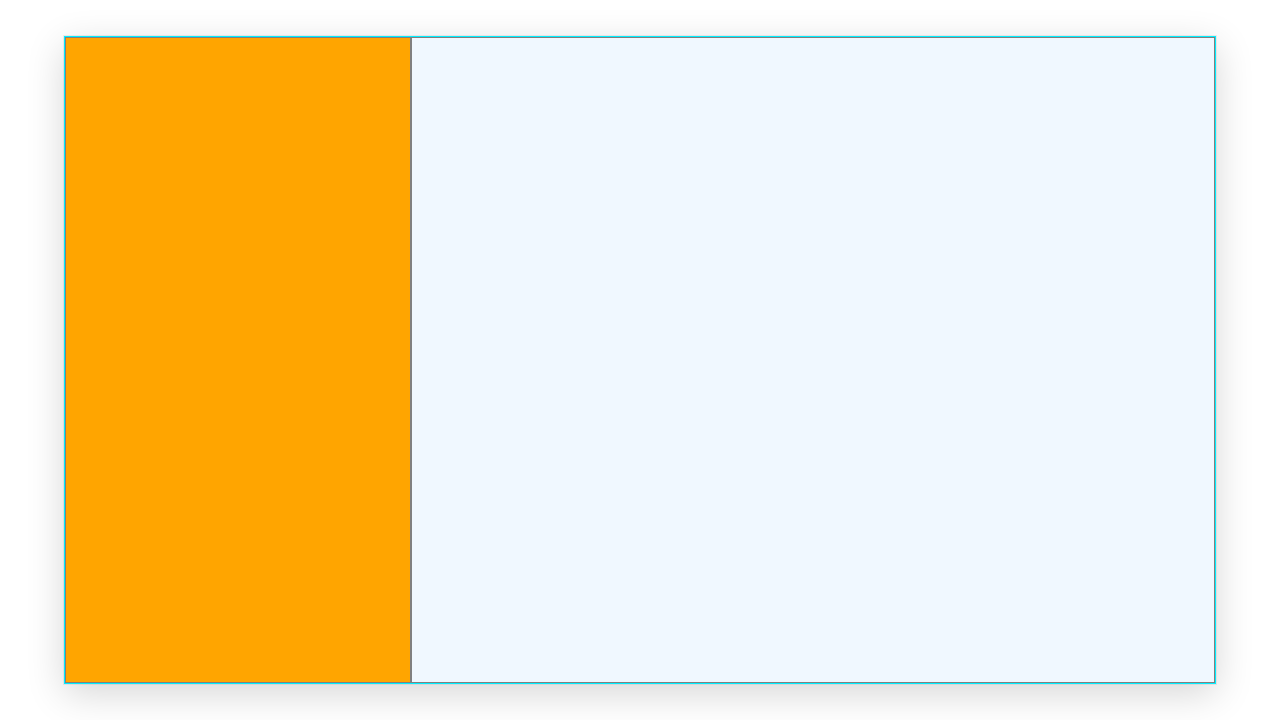
Repository: swastikjhacoder/mern-chat-frontend-only
Page: /
The author's editor kept a copy of each file at every save. The page is drawn from the files as they stood at one save, then again after the next save.
The browser window is 1280 px wide. The pictures show the whole page.
The project was rebuilt for these pictures with package versions that can differ from the ones it lists, and the page was loaded fresh each time. Also part of the build but not shown: src/components/loginSignup/Login.jsx. Imported but missing from the stored project, and not drawn on this page: src/components/loginSignup/SignUp.

Above is the page before, as saved 2023-09-21 17:11:18.

### src/index.js
import React from "react";
import ReactDOM from "react-dom/client";
import "./index.css";
import App from "./App";
import { BrowserRouter } from "react-router-dom";
import { Provider } from "react-redux";
import { store } from "./redux/store";

const root = ReactDOM.createRoot(document.getElementById("root"));
root.render(
  <React.StrictMode>
    <Provider store={store}>
      <BrowserRouter>
        <App />
      </BrowserRouter>
    </Provider>
  </React.StrictMode>
);

### src/index.css
@import url('https://fonts.googleapis.com/css2?family=Poppins:ital,wght@0,100;0,200;0,300;0,400;0,500;0,600;0,700;0,800;0,900;1,400&display=swap');

:root {
  --border-color: #0ef;
  --box-shadow: rgba(0, 0, 0, 0.16) 0px 10px 36px 0px, rgba(0, 0, 0, 0.06) 0px 0px 0px 1px;
}

* {
  margin: 0;
  padding: 0;
  box-sizing: border-box;
  font-family: 'Poppins', sans-serif;
}

body {
  display: flex;
  flex-direction: column;
  justify-content: center;
  align-items: center;
}

.app-container {
  display: flex;
  width: 100vw;
  height: 100vh;
  flex-direction: column;
  justify-content: center;
  align-items: center;
}

.container {
  display: flex;
  flex-direction: row;
  width: 90vw;
  height: 90vh;
  border: 1px solid var(--border-color);
  box-shadow: var(--box-shadow);
}

.left-sidebar-container {
  flex: 0.3;
  background-color: orange;
  border: 1px solid gray;
}

.right-sidebar-container {
  flex: 0.7;
  background-color: aliceblue;
  border: 1px solid gray;
}

### src/App.js
// import { Button } from "@mui/material";
// import React from "react";
// import { useSelector, useDispatch } from "react-redux";
// import { toggleDarkMode, addUser, removeUser } from './redux/liveChatSlice';

// function App() {
//   const dispatch = useDispatch();
//   const mode = useSelector((state) => state.liveChat.mode);
//   const userInfo = useSelector((state) => state.liveChat.userInfo);
//   const background = useSelector( ( state ) => state.liveChat.background );
//   console.log(mode);
//   console.log(userInfo);
//   console.log(background);
//   return (
//     <>
//       <Button onClick={() => dispatch(toggleDarkMode())}>Click Me</Button>
//     </>
//   );
// }

// export default App;

import React from "react";
import { useSelector } from "react-redux";
import "./index.css";
import { Routes, Route } from "react-router-dom";
import MainContainer from "./components/MainContainer";
import Login from "./components/loginSignup/Login";
import SignUp from "./components/loginSignup/SignUp";
import ChatContainer from "./components/chat/ChatContainer";

const App = () => {
  const background = useSelector((state) => state.liveChat.background);
  console.log(background);
  return (
    <>
      <div style={{ backgroundColor: background }} className="app-container">
        <Routes>
          <Route path="/" element={<MainContainer />}>
            <Route path="login" element={<Login />} />
            <Route path="signup" element={<SignUp />} />
            <Route path="chat" element={<ChatContainer />} />
          </Route>
        </Routes>
      </div>
    </>
  );
};

export default App;

### src/redux/store.js
import { configureStore } from '@reduxjs/toolkit';
import liveChatReducer from './liveChatSlice';

export const store = configureStore({
  reducer: {
    liveChat: liveChatReducer,
  },
});

### src/components/MainContainer.jsx
import React from "react";
import { Outlet } from "react-router-dom";
import { useSelector } from "react-redux";
import Login from "./loginSignup/Login";
import ChatContainer from "./chat/ChatContainer";

const MainContainer = () => {
  const user = useSelector((state) => state.liveChat.userInfo);
  console.log(user);
  return (
    <>
      {/* <div className="container">
        { user ? <ChatContainer/> : <Login /> }

      </div> */}
      <ChatContainer />
      <Outlet />
    </>
  );
};

export default MainContainer;

### src/components/chat/ChatContainer.jsx
import React from 'react';

const ChatContainer = () => {
  return (
    <div className="container">
      <div className="left-sidebar-container"></div>
      <div className="right-sidebar-container"></div>
    </div>
  );
}

export default ChatContainer

### src/redux/liveChatSlice.js
import { createSlice } from "@reduxjs/toolkit";

const initialState = {
  mode: JSON.parse(localStorage.getItem("darkMode")) || false,
  userInfo: null,
  background: JSON.parse(localStorage.getItem("backgroundColor")) || "#fff",
};

export const liveChatSlice = createSlice({
  name: "liveChat",
  initialState,
  reducers: {
    toggleDarkMode: (state) => {
      state.mode = !state.mode;
      if (!state.mode) {
        state.background = "#fff";
      } else {
        state.background = "#081b29";
      }
      localStorage.setItem("darkMode", JSON.stringify(state.mode));
      localStorage.setItem("backgroundColor", JSON.stringify(state.background));
    },
    addUser: (state, action) => {
      state.userInfo = action.payload;
    },
    removeUser: (state) => {
      state.userInfo = null;
    },
  },
});

export const { toggleDarkMode, addUser, removeUser } =
  liveChatSlice.actions;
export default liveChatSlice.reducer;

After the next save:
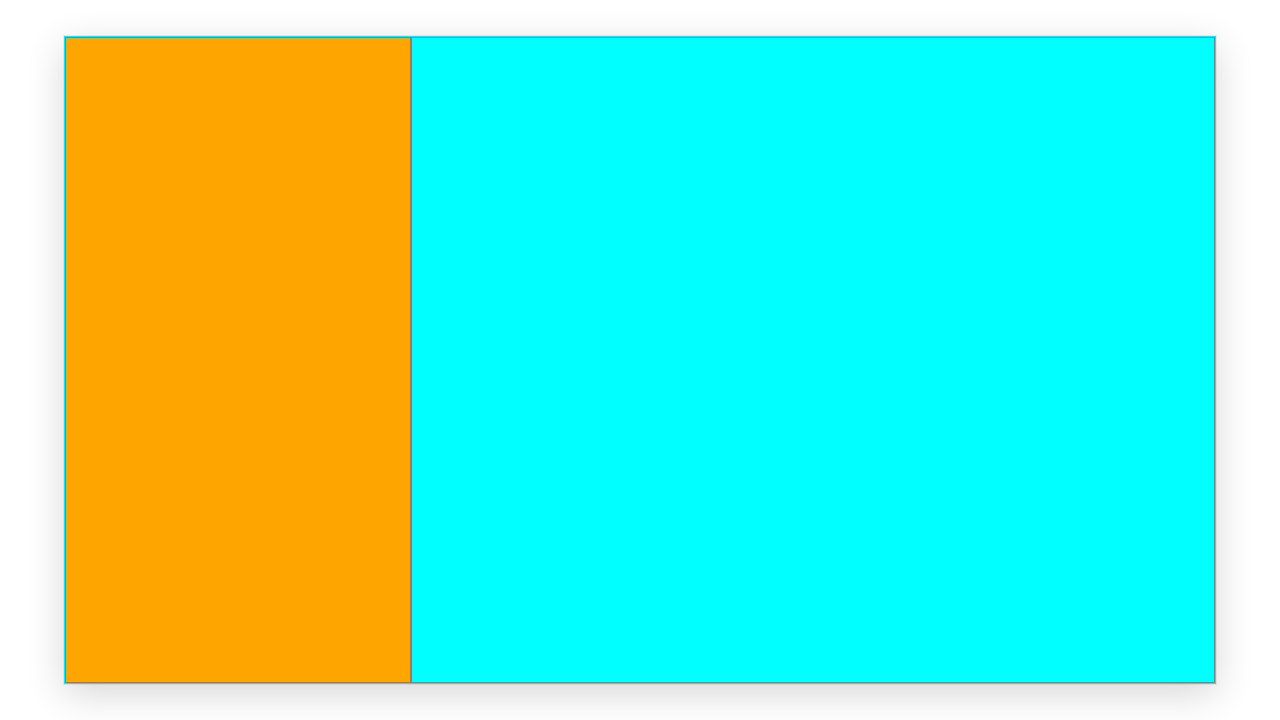
Saved 13 s later.
--- a/src/index.css
+++ b/src/index.css
@@ -45,6 +45,6 @@ body {
 
 .right-sidebar-container {
   flex: 0.7;
-  background-color: aliceblue;
+  background-color: cyan;
   border: 1px solid gray;
 }
